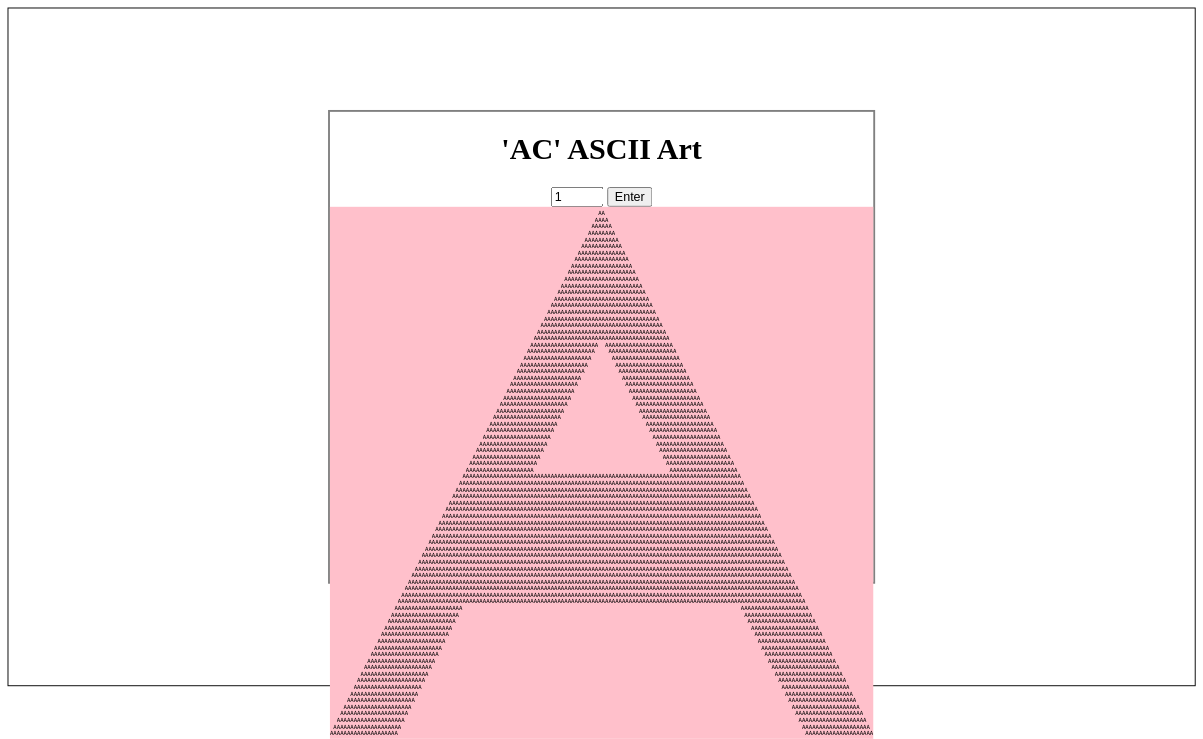
Repository: Achorn/ascii-art
Page: index.html
An editor plug-in stored every save of this project. The page is shown before and after the next save, followed by the edit.
The browser window is 1280 px wide. The pictures show the whole page, at 94% of full size.

Above is the page before, as saved 2021-08-09 18:40:22.

After the next save:
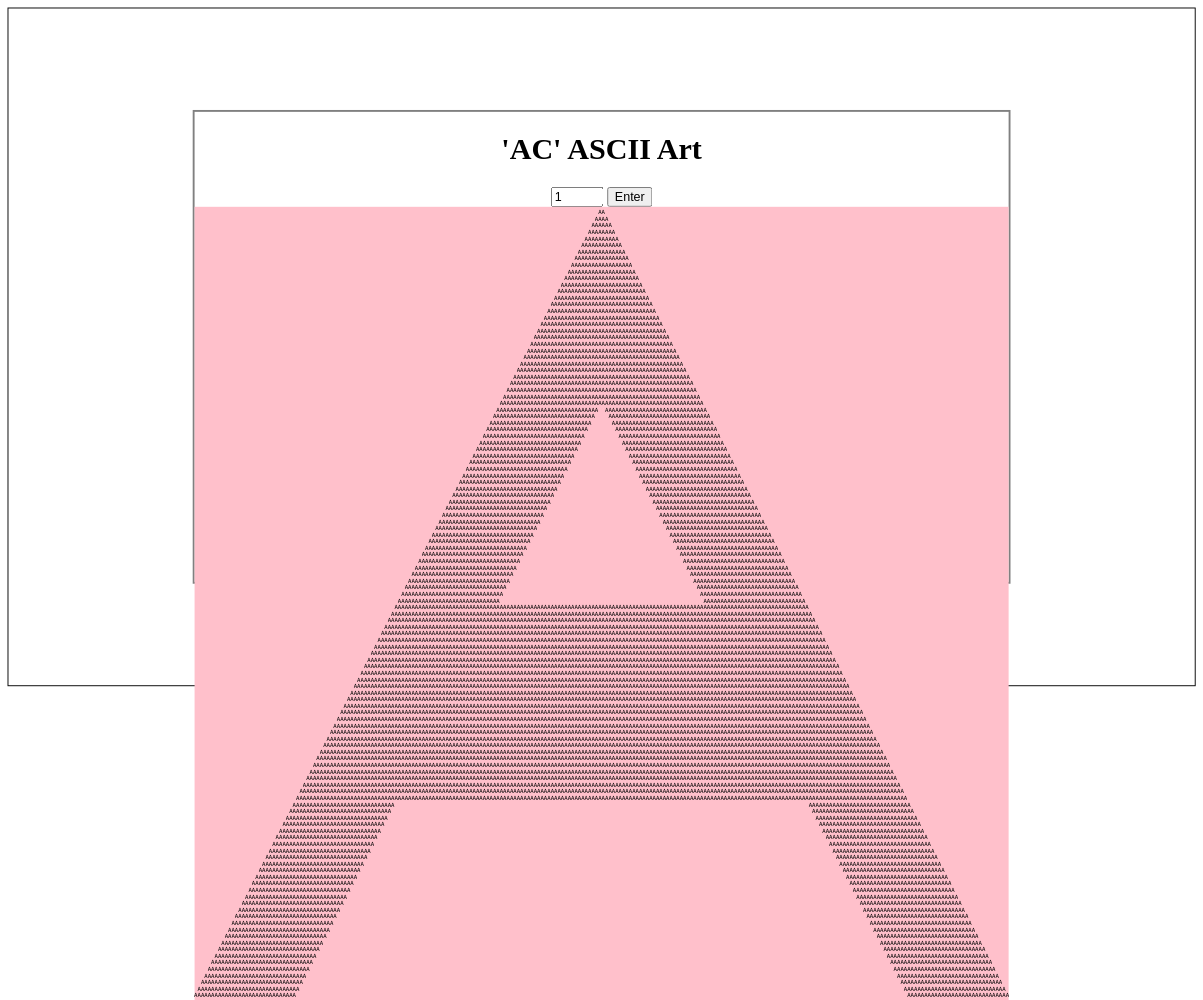
Saved 7 s later.
--- a/myscripts.js
+++ b/myscripts.js
@@ -73,7 +73,7 @@ function trimA(arr, lWidth) {
 
 let monoA = document.getElementById("mono-a");
 let monoC = document.getElementById("mono-c");
-let scale = 20;
+let scale = 30;
 let scaledFour = scaleSpread(four, scale);
 trimA(scaledFour, scale);
 
